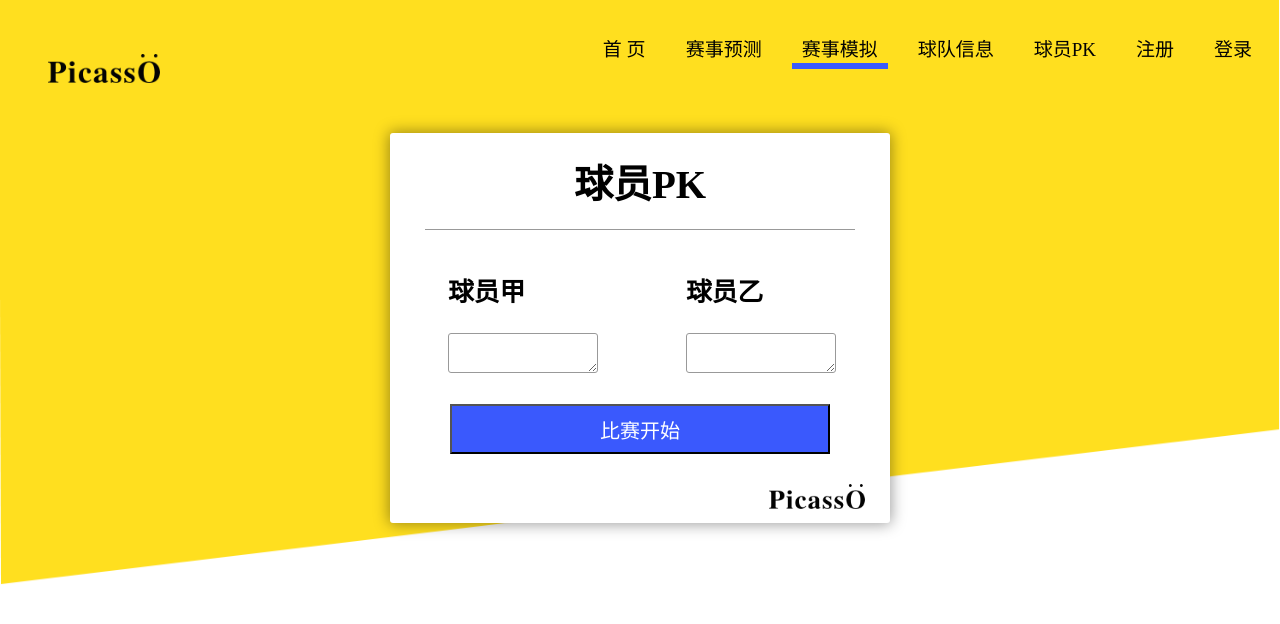
Repository: cciixx/nba-prediction-sys
Page: public/1V1.html
These files come from the project's save history. The page is drawn as it stood at one moment and after the next save; the edit follows.
The browser window is 1280 px wide. The pictures show the whole page.

Above is the page before, as saved 2020-04-03 20:25:27.

After the next save:
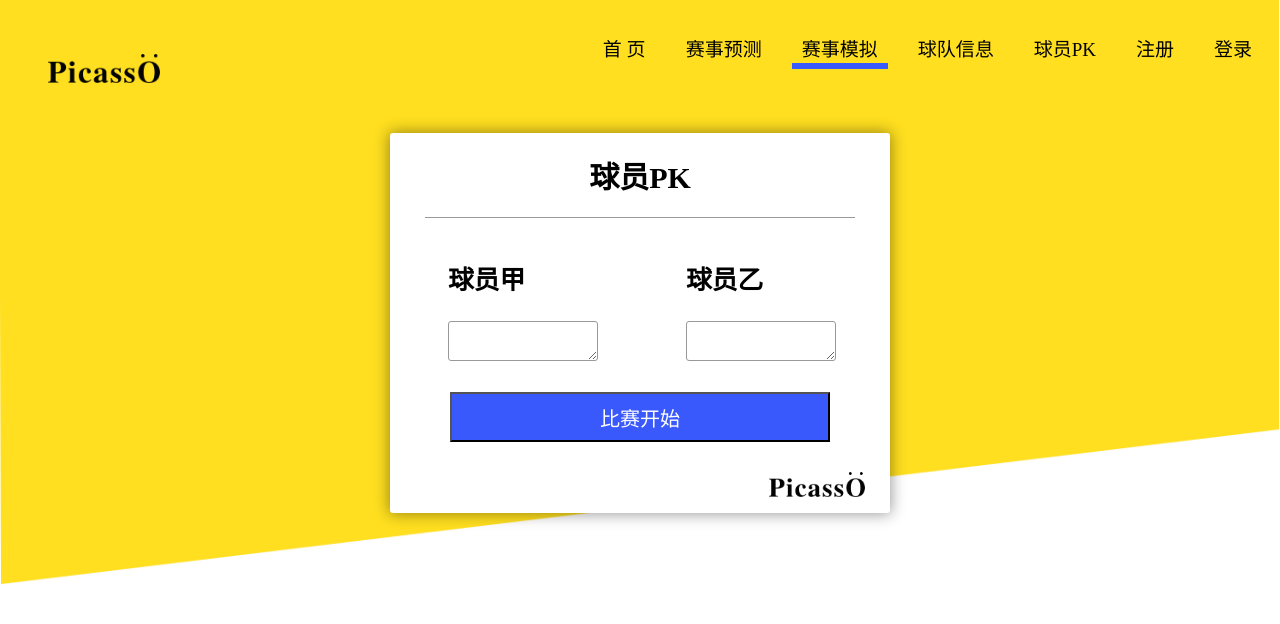
Saved 18 s later.
--- a/public/css/search.css
+++ b/public/css/search.css
@@ -1,7 +1,7 @@
 /* CSS Document */
 .bg{
 	width: 500px;
-	height: 390px;
+	height: 380px;
 	margin: 50px auto;
 	font-size: 26px;
 	background: white;
@@ -17,6 +17,7 @@
     margin-left: 38px;
 }
 h2{
+    font-size: 30px;
     text-align: center;
     border-bottom: 1px solid #999999;
     padding: 20px;
